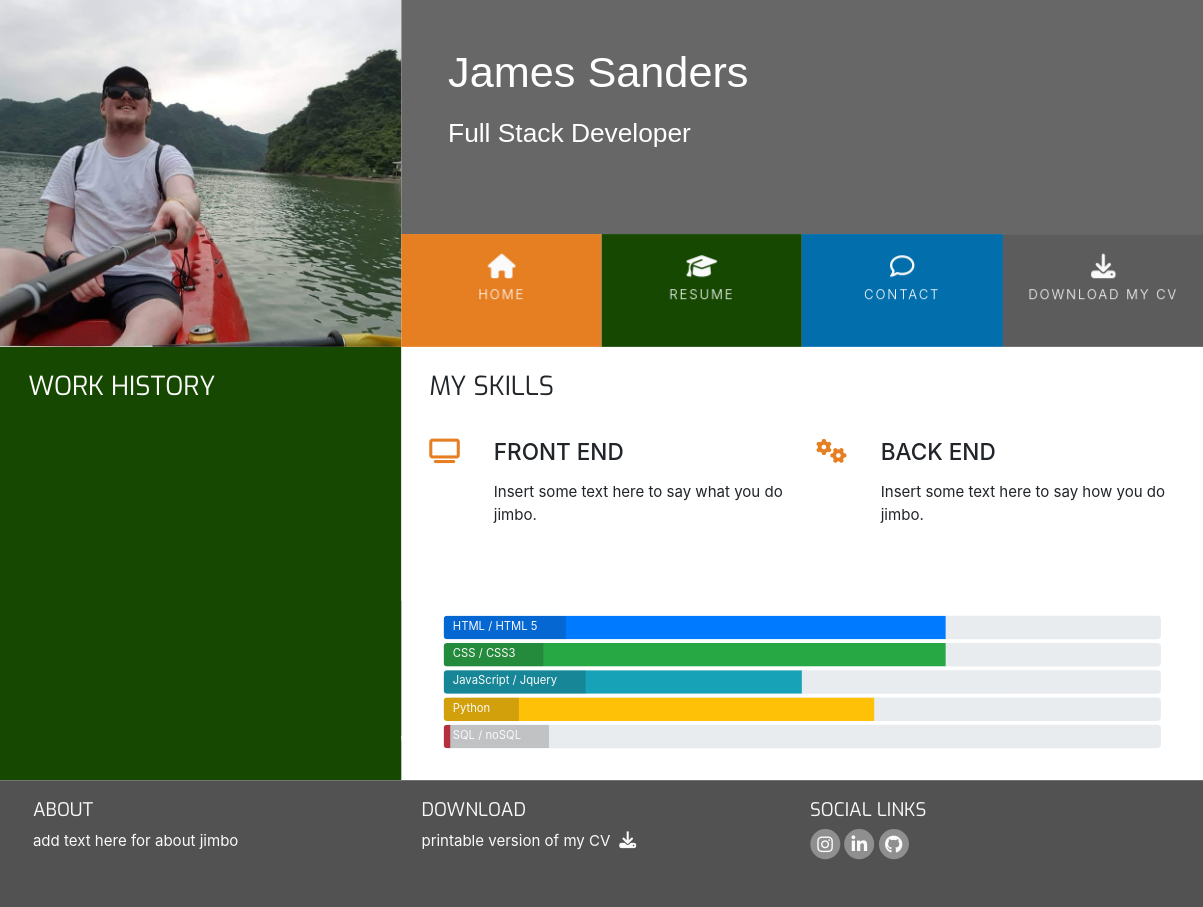
Repository: JaySanders95/my-online-resume
Page: resume.html
An editor plug-in stored every save of this project. The page is shown before and after the next save, followed by the edit.
The browser window is 1280 px wide. The pictures show the whole page, at 94% of full size.
Some web fonts or font styles are not loaded; a fallback is used. Some web libraries are served in a nearby version.

Above is the page before, as saved 2023-04-19 22:14:41.

After the next save:
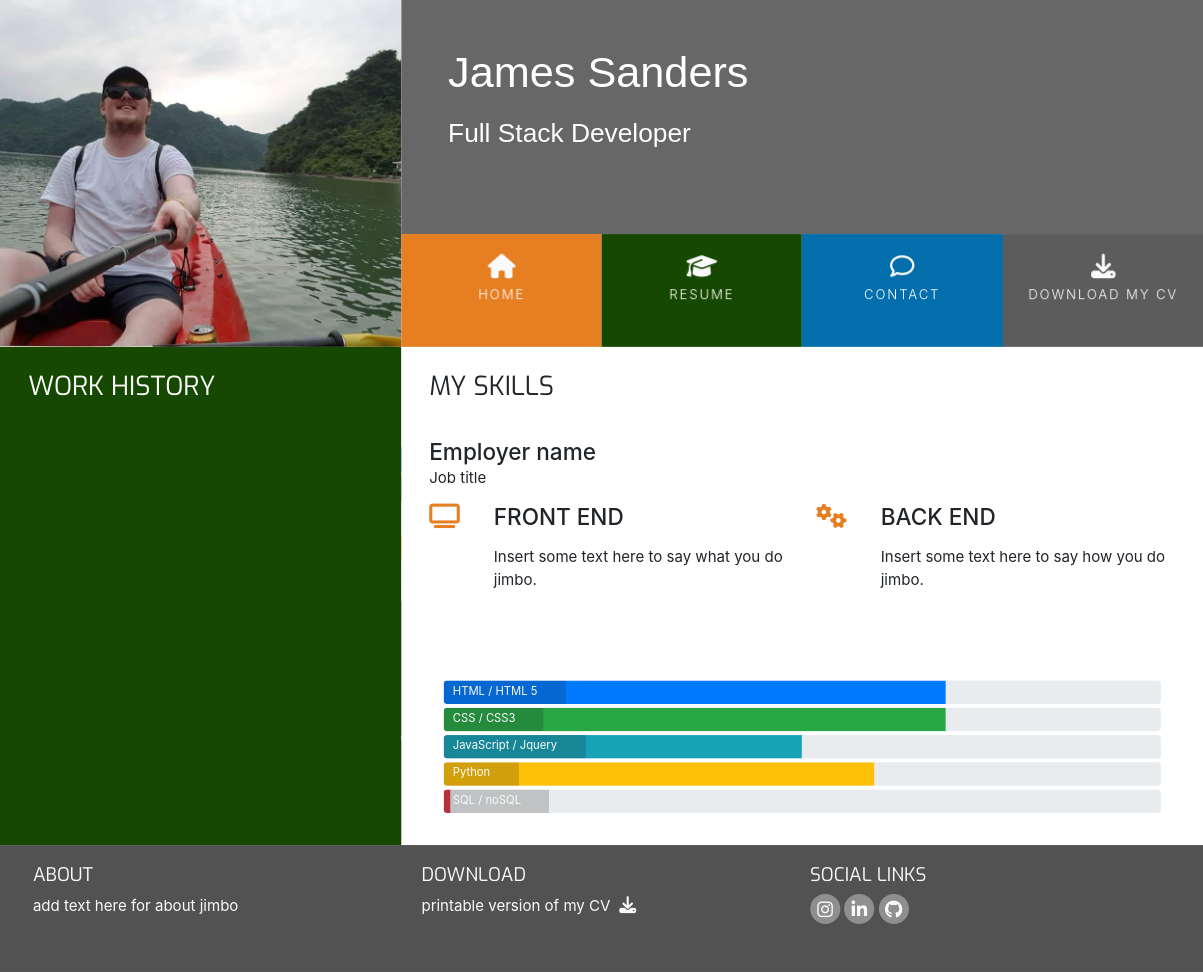
Saved 4 min 22 s later.
--- a/resume.html
+++ b/resume.html
@@ -62,6 +62,10 @@
                     <div class="col">
                         <h3 class="section-heading uppercase">My Skills</h3>
                     </div>
+                </div>
+                <div class="timeline-item" data-dates="01/2000 - 02/2000">
+                    <h4>Employer name</h4>
+                    <p>Job title</p>
                 </div>
                 <div class="row">
                     <div class="col-10 offset-1 offset-sm-0 col-sm-4 col-md-6">
